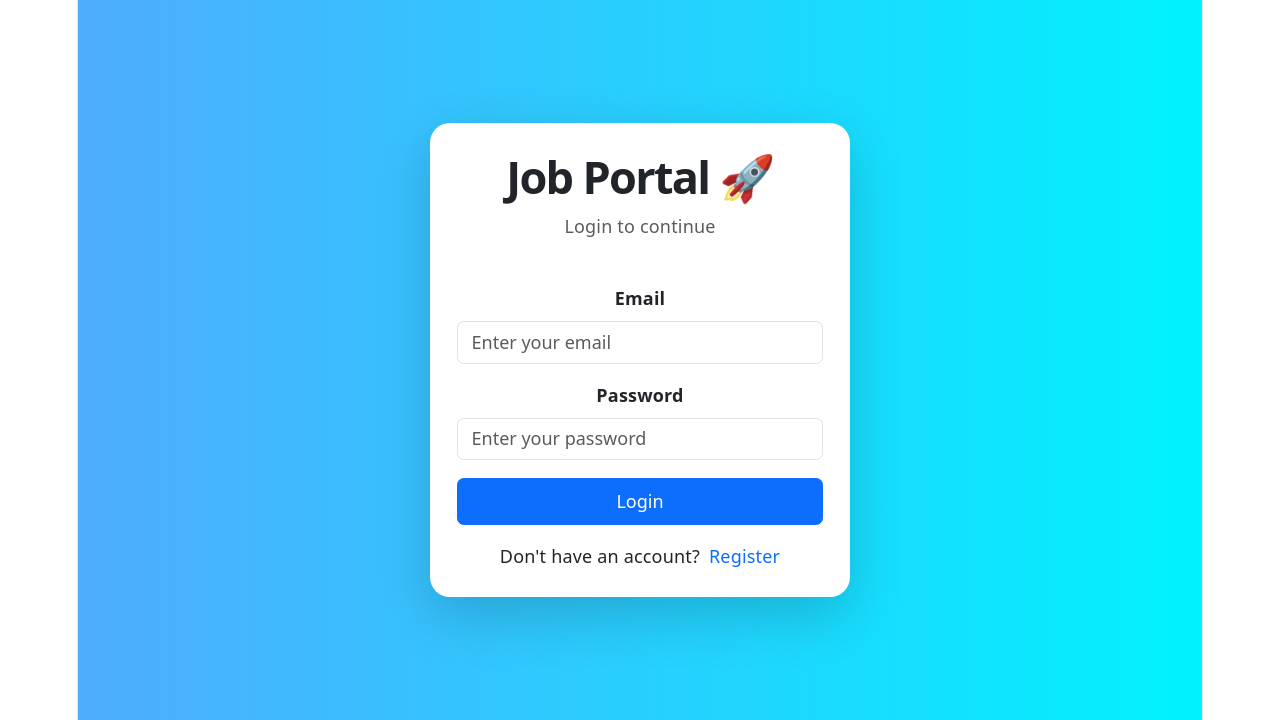
Repository: vijaymp1214/Job-Portal-Management-System
Page: / (app in frontend/)
An editor plug-in stored every save of this project. The page is shown before and after the next save, followed by the edit.
The browser window is 1280 px wide. The pictures show the whole page.
The project was rebuilt for these pictures with package versions that can differ from the ones it lists, and the page was loaded fresh each time. Also part of the build but not shown: frontend/vite.config.js.

Above is the page before, as saved 2026-05-30 13:09:35.

After the next save:
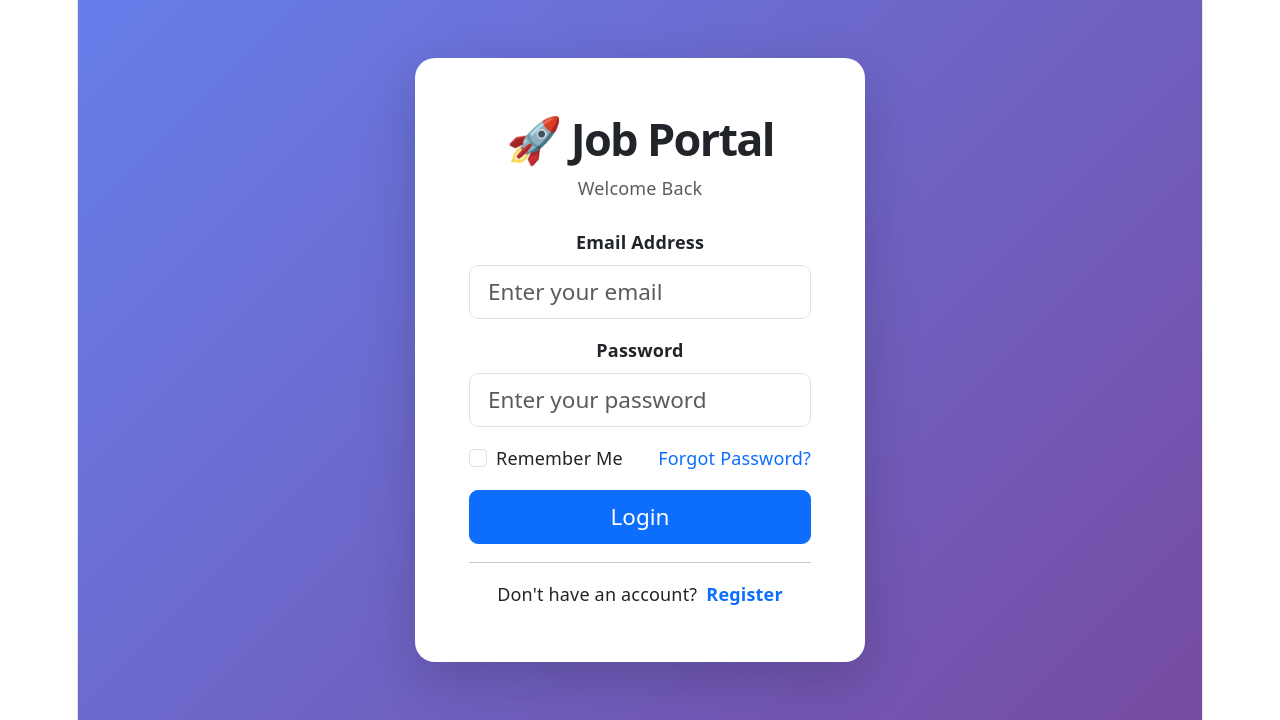
Saved 2 min 44 s later.
--- a/frontend/src/App.jsx
+++ b/frontend/src/App.jsx
@@ -3,56 +3,84 @@ function App() {
     <div
       className="d-flex justify-content-center align-items-center vh-100"
       style={{
-        background: "linear-gradient(to right, #4facfe, #00f2fe)",
+        background: "linear-gradient(135deg, #667eea, #764ba2)",
       }}
     >
       <div
-        className="card shadow-lg border-0 p-4"
+        className="card shadow-lg border-0"
         style={{
           width: "100%",
-          maxWidth: "420px",
+          maxWidth: "450px",
           borderRadius: "20px",
         }}
       >
-        <div className="text-center mb-4">
-          <h1 className="fw-bold">Job Portal 🚀</h1>
-          <p className="text-muted">
-            Login to continue
+        <div className="card-body p-5">
+
+          <div className="text-center mb-4">
+            <h1 className="fw-bold">🚀 Job Portal</h1>
+            <p className="text-muted">
+              Welcome Back
+            </p>
+          </div>
+
+          <div className="mb-3">
+            <label className="form-label fw-semibold">
+              Email Address
+            </label>
+            <input
+              type="email"
+              className="form-control form-control-lg"
+              placeholder="Enter your email"
+            />
+          </div>
+
+          <div className="mb-3">
+            <label className="form-label fw-semibold">
+              Password
+            </label>
+            <input
+              type="password"
+              className="form-control form-control-lg"
+              placeholder="Enter your password"
+            />
+          </div>
+
+          <div className="d-flex justify-content-between mb-3">
+            <div>
+              <input
+                type="checkbox"
+                className="form-check-input me-2"
+              />
+              Remember Me
+            </div>
+
+            <a
+              href="#"
+              className="text-decoration-none"
+            >
+              Forgot Password?
+            </a>
+          </div>
+
+          <button
+            className="btn btn-primary btn-lg w-100"
+          >
+            Login
+          </button>
+
+          <hr />
+
+          <p className="text-center mb-0">
+            Don't have an account?
+            <a
+              href="#"
+              className="text-decoration-none ms-2 fw-bold"
+            >
+              Register
+            </a>
           </p>
+
         </div>
-
-        <div className="mb-3">
-          <label className="form-label fw-semibold">
-            Email
-          </label>
-          <input
-            type="email"
-            className="form-control"
-            placeholder="Enter your email"
-          />
-        </div>
-
-        <div className="mb-3">
-          <label className="form-label fw-semibold">
-            Password
-          </label>
-          <input
-            type="password"
-            className="form-control"
-            placeholder="Enter your password"
-          />
-        </div>
-
-        <button className="btn btn-primary w-100 py-2">
-          Login
-        </button>
-
-        <p className="text-center mt-3 mb-0">
-          Don't have an account?
-          <a href="#" className="ms-2 text-decoration-none">
-            Register
-          </a>
-        </p>
       </div>
     </div>
   );
